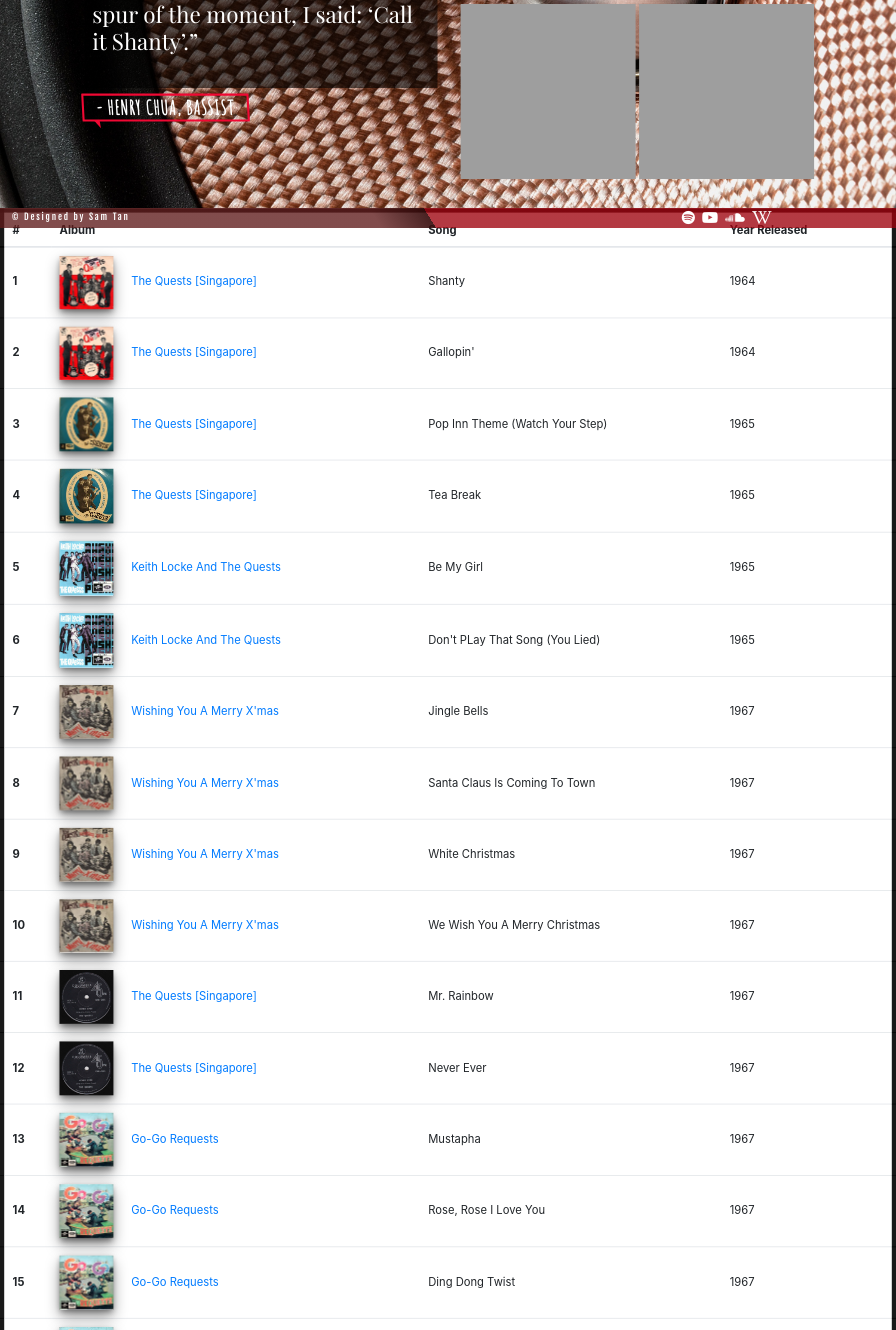
Repository: SamLookingGlass/User-Centric-Frontend-Development-Project
Page: music.html
The author's editor kept a record of every edit. The page is drawn from the files as they stood at one moment, then again after the next edit.
The browser window is 1280 px wide. The pictures show the part of the page from y = 394 to 2294 px (the page is 5651 px tall), at 70% of full size.
Pictures or frames that could not be fetched are drawn as grey boxes. Some web libraries are served in a nearby version.

Above is the page before.

### music.html
<!doctype html>
<html lang="en">

<head>
  <!-- Required meta tags -->
  <meta charset="utf-8">
  <meta name="viewport" content="width=device-width, initial-scale=1, shrink-to-fit=no">

  <!-- Bootstrap CSS -->
  <link rel="stylesheet" href="https://maxcdn.bootstrapcdn.com/bootstrap/4.0.0/css/bootstrap.min.css" integrity="sha384-Gn5384xqQ1aoWXA+058RXPxPg6fy4IWvTNh0E263XmFcJlSAwiGgFAW/dAiS6JXm" crossorigin="anonymous">

  <!-- Google Fonts CSS -->
  <link href="https://fonts.googleapis.com/css?family=Fjalla+One&display=swap" rel="stylesheet">
  <link href="https://fonts.googleapis.com/css?family=Amatic+SC&display=swap" rel="stylesheet">
  <link href="https://fonts.googleapis.com/css?family=Playfair+Display&display=swap" rel="stylesheet">

  <!-- Font Awesoe CSS -->
  <link rel="stylesheet" href="https://cdnjs.cloudflare.com/ajax/libs/font-awesome/4.7.0/css/font-awesome.min.css">

  <!-- Own Stylesheet -->
  <link href="style.css" rel="stylesheet" type="text/css" />

  <title>The Quests Official - Music</title>
</head>

<body id="borderhome">
  <nav class="fontnew" id="navbg">
    <div class="container-fluid">
      <div class="row d-lg-flex">
        <div class="col-5 navnew navleft d-flex justify-content-end">
          <ul class="d-flex">
            <li><a href="home.html">HOME</a></li>
            <li id="active"><a href="music.html">MUSIC</a></li>
            <li><a href="history.html">HISTORY</a></li>
          </ul>
        </div>
        <div class="col-2 d-lg-flex justify-content-center">
          <a class="" href="home.html">
            <img id="navlogo" class="img-fluid" src="images/logo/logo.png" alt="Quests Logo">
          </a>
        </div>
        <div class="col-5 navnew navright d-lg-flex justify-content-start">
          <ul class="d-flex">
            <li><a href="tour.html">TOUR</a></li>
            <li><a href="gallery.html">GALLERY</a></li>
          </ul>
        </div>
      </div>
    </div>
  </nav>
  <section class="music-background">
    <div style="height:500pt" class="container-fluid">
      <div class="row">
        <div class="col-1"></div>
        <div class="col-5 fonttypo">
          <h2 class="cardbod-left cardbod-tour">
            “Mrs Devan liked both songs and she asked me what my tune was called.
            <br>
            <br> I didn’t have a name, so at the spur of the moment, I said: ‘Call it Shanty’.”
            <br>
            <br>
          </h2>
          <h3>
            <span class="blockheader1">- Henry Chua, Bassist</span>
          </h3>
        </div>
        <div class="col-5 d-flex cardbod-right">
          <div class="row d-none d-sm-block">
            <iframe width="250" height="250" scrolling="no" frameborder="no" allow="autoplay" src="https://w.soundcloud.com/player/?url=https%3A//api.soundcloud.com/tracks/129465381&color=%23ff5500&auto_play=false&hide_related=false&show_comments=false&show_user=false&show_reposts=false&show_teaser=false&visual=true"></iframe>
            <iframe width="250" height="250" scrolling="no" frameborder="no" allow="autoplay" src="https://w.soundcloud.com/player/?url=https%3A//api.soundcloud.com/tracks/264145685&color=%23ff5500&auto_play=false&hide_related=false&show_comments=false&show_user=false&show_reposts=false&show_teaser=false&visual=true"></iframe>
          </div>
          <div class="row d-none d-sm-block">
            <iframe width="250" height="250" scrolling="no" frameborder="no" allow="autoplay" src="https://w.soundcloud.com/player/?url=https%3A//api.soundcloud.com/tracks/2890725&color=%23ff5500&auto_play=false&hide_related=false&show_comments=false&show_user=false&show_reposts=false&show_teaser=false&visual=true"></iframe>
            <iframe width="250" height="250" scrolling="no" frameborder="no" allow="autoplay" src="https://w.soundcloud.com/player/?url=https%3A//api.soundcloud.com/tracks/2890821&color=%23ff5500&auto_play=false&hide_related=false&show_comments=false&show_user=false&show_reposts=false&show_teaser=false&visual=true"></iframe>
          </div>
        </div>
        <div class="col-1"></div>
      </div>
    </div>
  </section>
  <section>
    <table class="table table-hover" style="border:solid 0.5vw rgba(0,0,0,0.9)">
      <thead>
        <tr>
          <th>#</th>
          <th>Album</th>
          <th>Song</th>
          <th>Year Released</th>
        </tr>
      </thead>
      <tbody class="albumclass">
        <tr>
          <th scope="row">1</th>
          <td><a href="http://www.45cat.com/record/chk1009" target="_blank"><img src="images/albums/a1.jpg" alt="Album Cover">The Quests [Singapore]</a></td>
          <td>Shanty</td>
          <td>1964</td>
        </tr>
        <tr>
          <th scope="row">2</th>
          <td><a href="http://www.45cat.com/record/chk1009" target="_blank"><img src="images/albums/a1.jpg" alt="Album Cover">The Quests [Singapore]</a></td>
          <td>Gallopin'</td>
          <td>1964</td>
        </tr>
        <tr>
          <th scope="row">3</th>
          <td><a href="http://www.45cat.com/record/chk1050" target="_blank"><img src="images/albums/a2.jpg" alt="Album Cover">The Quests [Singapore]</a></td>
          <td>Pop Inn Theme (Watch Your Step)</td>
          <td>1965</td>
        </tr>
        <tr>
          <th scope="row">4</th>
          <td><a href="http://www.45cat.com/record/chk1050" target="_blank"><img src="images/albums/a2.jpg" alt="Album Cover">The Quests [Singapore]</a></td>
          <td>Tea Break</td>
          <td>1965</td>
        </tr>
        <tr>
          <th scope="row">5</th>
          <td><a href="http://www.45cat.com/record/chk1051" target="_blank"><img src="images/albums/a3.jpg" alt="Album Cover">Keith Locke And The Quests</a></td>
          <td>Be My Girl</td>
          <td>1965</td>
        </tr>
        <tr>
          <th scope="row">6</th>
          <td><a href="http://www.45cat.com/record/chk1051" target="_blank"><img src="images/albums/a3.jpg" alt="Album Cover">Keith Locke And The Quests</a></td>
          <td>Don't PLay That Song (You Lied)</td>
          <td>1965</td>
        </tr>
        <tr>
          <th scope="row">7</th>
          <td><a href="http://www.45cat.com/record/chk1063" target="_blank"><img src="images/albums/a4.jpg" alt="Album Cover">Wishing You A Merry X'mas</a></td>
          <td>Jingle Bells</td>
          <td>1967</td>
        </tr>
        <tr>
          <th scope="row">8</th>
          <td><a href="http://www.45cat.com/record/chk1063" target="_blank"><img src="images/albums/a4.jpg" alt="Album Cover">Wishing You A Merry X'mas</a></td>
          <td>Santa Claus Is Coming To Town</td>
          <td>1967</td>
        </tr>
        <tr>
          <th scope="row">9</th>
          <td><a href="http://www.45cat.com/record/chk1063" target="_blank"><img src="images/albums/a4.jpg" alt="Album Cover">Wishing You A Merry X'mas</a></td>
          <td>White Christmas</td>
          <td>1967</td>
        </tr>
        <tr>
          <th scope="row">10</th>
          <td><a href="http://www.45cat.com/record/chk1063" target="_blank"><img src="images/albums/a4.jpg" alt="Album Cover">Wishing You A Merry X'mas</a></td>
          <td>We Wish You A Merry Christmas</td>
          <td>1967</td>
        </tr>
        <tr>
          <th scope="row">11</th>
          <td><a href="http://www.45cat.com/record/chk1065" target="_blank"><img src="images/albums/a5.jpg" alt="Album Cover">The Quests [Singapore]</a></td>
          <td>Mr. Rainbow</td>
          <td>1967</td>
        </tr>
        <tr>
          <th scope="row">12</th>
          <td><a href="http://www.45cat.com/record/chk1065" target="_blank"><img src="images/albums/a5.jpg" alt="Album Cover">The Quests [Singapore]</a></td>
          <td>Never Ever</td>
          <td>1967</td>
        </tr>
        <tr>
          <th scope="row">13</th>
          <td><a href="http://www.45cat.com/record/sego70115" target="_blank"><img src="images/albums/a6.jpg" alt="Album Cover">Go-Go Requests</a></td>
          <td>Mustapha</td>
          <td>1967</td>
        </tr>
        <tr>
          <th scope="row">14</th>
          <td><a href="http://www.45cat.com/record/sego70115" target="_blank"><img src="images/albums/a6.jpg" alt="Album Cover">Go-Go Requests</a></td>
          <td>Rose, Rose I Love You</td>
          <td>1967</td>
        </tr>
        <tr>
          <th scope="row">15</th>
          <td><a href="http://www.45cat.com/record/sego70115" target="_blank"><img src="images/albums/a6.jpg" alt="Album Cover">Go-Go Requests</a></td>
          <td>Ding Dong Twist</td>
          <td>1967</td>
        </tr>
        <tr>
          <th scope="row">16</th>
          <td><a href="http://www.45cat.com/record/sego70115" target="_blank"><img src="images/albums/a6.jpg" alt="Album Cover">Go-Go Requests</a></td>
          <td>Nonya Baba A Go Go</td>
          <td>1967</td>
        </tr>
        <tr>
          <th scope="row">17</th>
          <td><a href="http://www.45cat.com/record/echk587" target="_blank"><img src="images/albums/a7.jpg" alt="Album Cover">Instrumentally Yours</a></td>
          <td>The Indian Maid</td>
          <td>1968</td>
        </tr>
        <tr>
          <th scope="row">18</th>
          <td><a href="http://www.45cat.com/record/echk587" target="_blank"><img src="images/albums/a7.jpg" alt="Album Cover">Instrumentally Yours</a></td>
          <td>Return Of Spring</td>
          <td>1968</td>
        </tr>
        <tr>
          <th scope="row">19</th>
          <td><a href="http://www.45cat.com/record/echk587" target="_blank"><img src="images/albums/a7.jpg" alt="Album Cover">Instrumentally Yours</a></td>
          <td>Sayonara</td>
          <td>1968</td>
        </tr>
        <tr>
          <th scope="row">20</th>
          <td><a href="http://www.45cat.com/record/echk587" target="_blank"><img src="images/albums/a7.jpg" alt="Album Cover">Instrumentally Yours</a></td>
          <td>Why Go To The Template</td>
          <td>1968</td>
        </tr>
        <tr>
          <th scope="row">21</th>
          <td><a href="http://www.45cat.com/record/echk612" target="_blank"><img src="images/albums/a8.jpg" alt="Album Cover">Conquests</a></td>
          <td>Jesamine</td>
          <td>1968</td>
        </tr>
        <tr>
          <th scope="row">22</th>
          <td><a href="http://www.45cat.com/record/echk612" target="_blank"><img src="images/albums/a8.jpg" alt="Album Cover">Conquests</a></td>
          <td>What Is Soul</td>
          <td>1968</td>
        </tr>
        <tr>
          <th scope="row">23</th>
          <td><a href="http://www.45cat.com/record/echk612" target="_blank"><img src="images/albums/a8.jpg" alt="Album Cover">Conquests</a></td>
          <td>Sunshine Of Your Love</td>
          <td>1968</td>
        </tr>
        <tr>
          <th scope="row">24</th>
          <td><a href="http://www.45cat.com/record/echk612" target="_blank"><img src="images/albums/a8.jpg" alt="Album Cover">Conquests</a></td>
          <td>Hey Girl</td>
          <td>1968</td>
        </tr>
        <tr>
          <th scope="row">25</th>
          <td><a href="http://www.45cat.com/record/echk634" target="_blank"><img src="images/albums/a9.jpg" alt="Album Cover">Keith Locke And The Quests</a></td>
          <td>Don't Play That Song (You Lied)</td>
          <td>1969 (Re-released)</td>
        </tr>
        <tr>
          <th scope="row">26</th>
          <td><a href="http://www.45cat.com/record/echk634" target="_blank"><img src="images/albums/a9.jpg" alt="Album Cover">Keith Locke And The Quests</a></td>
          <td>Be My Girl</td>
          <td>1969 (Re-released)</td>
        </tr>
        <tr>
          <th scope="row">27</th>
          <td><a href="http://www.45cat.com/record/echk634" target="_blank"><img src="images/albums/a9.jpg" alt="Album Cover">Keith Locke And The Quests</a></td>
          <td>I'm On Top Of The World</td>
          <td>1969</td>
        </tr>
        <tr>
          <th scope="row">28</th>
          <td><a href="http://www.45cat.com/record/echk634" target="_blank"><img src="images/albums/a9.jpg" alt="Album Cover">Keith Locke And The Quests</a></td>
          <td>Mockingbird Hill</td>
          <td>1969</td>
        </tr>
        <tr>
          <th scope="row">29</th>
          <td><a href="https://www.discogs.com/The-Quests-When-The-Clock-Strikes-Twelve/master/1442174" target="_blank"><img src="images/albums/a10.jpg" alt="Album Cover">When The Clock Strikes Twelve</a></td>
          <td>I'd Wait A Million Years</td>
          <td>1969</td>
        </tr>
        <tr>
          <th scope="row">30</th>
          <td><a href="https://www.discogs.com/The-Quests-When-The-Clock-Strikes-Twelve/master/1442174" target="_blank"><img src="images/albums/a10.jpg" alt="Album Cover">When The Clock Strikes Twelve</a></td>
          <td>Don't Forget To Remember</td>
          <td>1969</td>
        </tr>
        <tr>
          <th scope="row">31</th>
          <td><a href="https://www.discogs.com/The-Quests-When-The-Clock-Strikes-Twelve/master/1442174" target="_blank"><img src="images/albums/a10.jpg" alt="Album Cover">When The Clock Strikes Twelve</a></td>
          <td>Memphis Street</td>
          <td>1969</td>
        </tr>
        <tr>
          <th scope="row">32</th>
          <td><a href="https://www.discogs.com/The-Quests-When-The-Clock-Strikes-Twelve/master/1442174" target="_blank"><img src="images/albums/a10.jpg" alt="Album Cover">When The Clock Strikes Twelve</a></td>
          <td>When The Clock Strikes Twelve</td>
          <td>1969</td>
        </tr>
        <tr>
          <th scope="row">33</th>
          <td><a href="https://www.discogs.com/The-Quests-Proud-Mary/master/1442173" target="_blank"><img src="images/albums/a11.jpg" alt="Album Cover">Proud Marry</a></td>
          <td>Proud Mary</td>
          <td>1969</td>
        </tr>
        <tr>
          <th scope="row">34</th>
          <td><a href="https://www.discogs.com/The-Quests-Proud-Mary/master/1442173" target="_blank"><img src="images/albums/a11.jpg" alt="Album Cover">Proud Marry</a></td>
          <td>Time Is Tight </td>
          <td>1969</td>
        </tr>
        <tr>
          <th scope="row">35</th>
          <td><a href="https://www.discogs.com/The-Quests-Proud-Mary/master/1442173" target="_blank"><img src="images/albums/a11.jpg" alt="Album Cover">Proud Marry</a></td>
          <td>Cupid</td>
          <td>1969</td>
        </tr>
        <tr>
          <th scope="row">36</th>
          <td><a href="https://www.discogs.com/The-Quests-Proud-Mary/master/1442173" target="_blank"><img src="images/albums/a11.jpg" alt="Album Cover">Proud Marry</a></td>
          <td>Traces</td>
          <td>1969</td>
        </tr>
        <tr>
          <th scope="row">37</th>
          <td><a href="http://www.45cat.com/record/echk613" target="_blank"><img src="images/albums/a12.jpg" alt="Album Cover">Four Hits</a></td>
          <td>The Good, The Bad And The Ugly</td>
          <td>1969</td>
        </tr>
        <tr>
          <th scope="row">38</th>
          <td><a href="http://www.45cat.com/record/echk613" target="_blank"><img src="images/albums/a12.jpg" alt="Album Cover">Four Hits</a></td>
          <td>Sound Of Silence</td>
          <td>1969</td>
        </tr>
        <tr>
          <th scope="row">39</th>
          <td><a href="http://www.45cat.com/record/echk613" target="_blank"><img src="images/albums/a12.jpg" alt="Album Cover">Four Hits</a></td>
          <td>Soul Finger</td>
          <td>1969</td>
        </tr>
        <tr>
          <th scope="row">40</th>
          <td><a href="http://www.45cat.com/record/echk613" target="_blank"><img src="images/albums/a12.jpg" alt="Album Cover">Four Hits</a></td>
          <td>Love Is Blue</td>
          <td>1969</td>
        </tr>
        <tr>
          <th scope="row">41</th>
          <td><a href="http://www.45cat.com/record/echk644" target="_blank"><img src="images/albums/a13.jpg" alt="Album Cover">征服樂隊</a></td>
          <td>淚 (Tears)</td>
          <td>1970</td>
        </tr>
        <tr>
          <th scope="row">42</th>
          <td><a href="http://www.45cat.com/record/echk644" target="_blank"><img src="images/albums/a13.jpg" alt="Album Cover">征服樂隊</a></td>
          <td>負心的人 (Jilted)</td>
          <td>1970</td>
        </tr>
        <tr>
          <th scope="row">42</th>
          <td><a href="http://www.45cat.com/record/echk644" target="_blank"><img src="images/albums/a13.jpg" alt="Album Cover">征服樂隊</a></td>
          <td>源的小花 (Flower Of Tears)</td>
          <td>1970</td>
        </tr>
        <tr>
          <th scope="row">42</th>
          <td><a href="http://www.45cat.com/record/echk644" target="_blank"><img src="images/albums/a13.jpg" alt="Album Cover">征服樂隊</a></td>
          <td>尋夢的人 (My Lost Dream)</td>
          <td>1970</td>
        </tr>
        <tr>
          <th scope="row">43</th>
          <td><a href="http://www.45cat.com/record/sechk649" target="_blank"><img src="images/albums/a14.jpg" alt="Album Cover">The Quests [Singapore]</a></td>
          <td>Who'll Stop The Rain</td>
          <td>1970</td>
        </tr>
        <tr>
          <th scope="row">44</th>
          <td><a href="http://www.45cat.com/record/sechk649" target="_blank"><img src="images/albums/a14.jpg" alt="Album Cover">The Quests [Singapore]</a></td>
          <td>American Women</td>
          <td>1970</td>
        </tr>
        <tr>
          <th scope="row">45</th>
          <td><a href="http://www.45cat.com/record/sechk649" target="_blank"><img src="images/albums/a14.jpg" alt="Album Cover">The Quests [Singapore]</a></td>
          <td>Love And The World Loves With You</td>
          <td>1970</td>
        </tr>
        <tr>
          <th scope="row">45</th>
          <td><a href="http://www.45cat.com/record/sechk649" target="_blank"><img src="images/albums/a14.jpg" alt="Album Cover">The Quests [Singapore]</a></td>
          <td>The Cage</td>
          <td>1970</td>
        </tr>
      </tbody>
    </table>
  </section>
  <footer class="fixed-bottom fontfooter" id="navbg1">
    <div class="container-fluid">
      <div class="row">
        <div class="col-3">© Designed by Sam Tan </div>
        <div class="col-6 d-lg-flex justify-content-center"></div>
        <div class="col-3 logos">
          <!--<a href=""><i class="fa fa-facebook-square" style="font-size:22px"></i></a>-->
          <a href="https://open.spotify.com/artist/4AOgY5YwQw4d5pgEX3f56A" target="_blank"><i class="fa fa-spotify" style="font-size:22px"></i></a>
          <a href="https://www.youtube.com/user/JoeWuSeattleWaUSA/featured" target="_blank"><i class="fa fa-youtube-play" style="font-size:22px"></i></a>
          <a href="https://soundcloud.com/user-73693220/keith-locke-the-quests-dont-1" target="_blank"><i class="fa fa-soundcloud" style="font-size:22px"></i></a>
          <a href="https://en.wikipedia.org/wiki/The_Quests" target="_blank"><i class="fa fa-wikipedia-w" style="font-size:22px"></i></a>
        </div>
      </div>
    </div>
  </footer>



  <!-- Optional JavaScript -->
  <!-- jQuery first, then Popper.js, then Bootstrap JS -->
  <script src="https://code.jquery.com/jquery-3.2.1.slim.min.js" integrity="sha384-KJ3o2DKtIkvYIK3UENzmM7KCkRr/rE9/Qpg6aAZGJwFDMVNA/GpGFF93hXpG5KkN" crossorigin="anonymous"></script>
  <script src="https://cdnjs.cloudflare.com/ajax/libs/popper.js/1.12.9/umd/popper.min.js" integrity="sha384-ApNbgh9B+Y1QKtv3Rn7W3mgPxhU9K/ScQsAP7hUibX39j7fakFPskvXusvfa0b4Q" crossorigin="anonymous"></script>
  <script src="https://maxcdn.bootstrapcdn.com/bootstrap/4.0.0/js/bootstrap.min.js" integrity="sha384-JZR6Spejh4U02d8jOt6vLEHfe/JQGiRRSQQxSfFWpi1MquVdAyjUar5+76PVCmYl" crossorigin="anonymous"></script>
</body>

</html>

Loaded but not shown: style.css (593 lines, source omitted)

After the next edit:
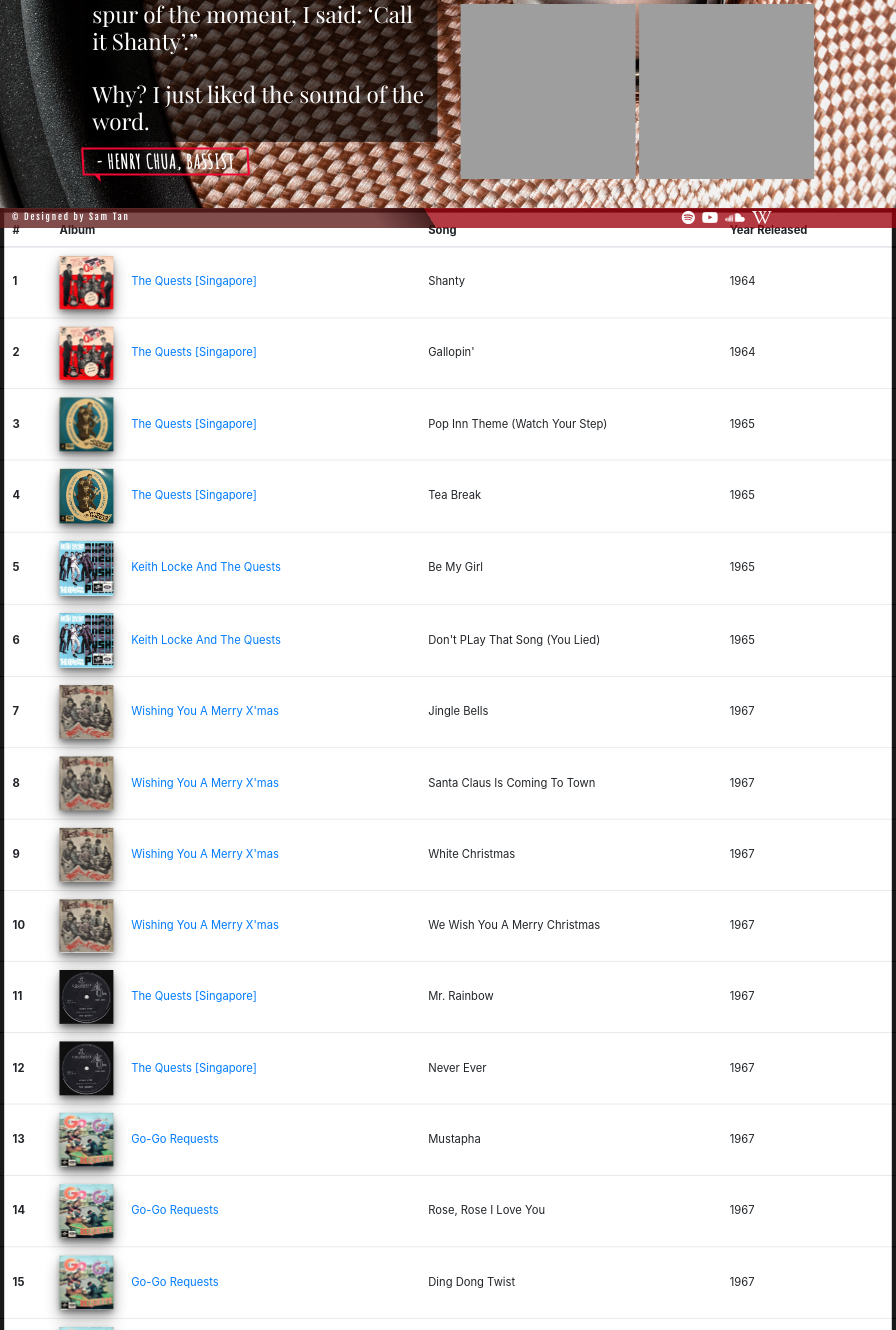
The edit:
--- a/music.html
+++ b/music.html
@@ -58,6 +58,7 @@
             <br>
             <br> I didn’t have a name, so at the spur of the moment, I said: ‘Call it Shanty’.”
             <br>
+            <br> Why? I just liked the sound of the word.
             <br>
           </h2>
           <h3>
